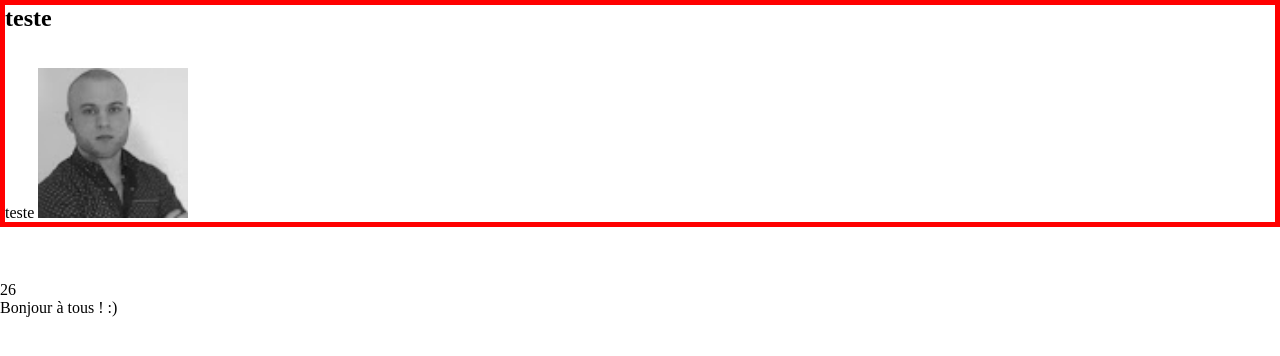
Repository: remi77130/forum
Page: http://localhost/path/profil.php?id=53
An editor plug-in stored every save of this project. The page is shown before and after the next save, followed by the edit.
The browser window is 1280 px wide. The pictures show the whole page.
The page is run by PHP 8.4 with error messages shown; the project is at /var/www/html/. The database holds what the project's SQL file puts in it.

Above is the page before, as saved 2022-06-27 22:08:52.

### profil.php

<?php
	session_start();
   include_once('cookieconnect.php');
   include('includes/head.php');


  $bdd = new PDO('mysql:host=127.0.0.1;dbname=forum', 'root', '');

  if(isset($_GET['id']) AND $_GET['id'] > 0) {
   $getid = intval($_GET['id']);
   $requser = $bdd->prepare('SELECT * FROM membres WHERE id = ?');
   $requser->execute(array($getid));
   $userinfo = $requser->fetch();
?>


<html>
   <head>
      <title>Profil</title>
   </head>
   <body>










      <div style="border: 5px solid red;">
         <h2><?php echo $userinfo['pseudo']; ?></h2>
         <br /><br />


         <?php                           // AFFICHAGE DE LA PHOTO

echo $userinfo['pseudo'];
         {
         ?>
         <img src="membres\avatars/<?php echo $userinfo['avatar']; ?>" alt="photo_profil" width="150">
         <?php

         }
         ?>

</div><br>
         <br />
        <?php echo $userinfo['sexe']; ?> <br>
        <?php echo $userinfo['age']; ?> <br>


        <?php echo $userinfo['description_profil']; ?>




         <br />
         <?php
         if(isset($_SESSION['id']) AND $userinfo['id'] == $_SESSION['id']) {
         ?>

         </div>
         <br />
         <a href="editProfil.php">Editer mon profil</a>
         <a href="reception.php">Mes messages</a>

         <a href="deconnexion.php">Se déconnecter</a>
         <?php
         }
         ?>
      </div>
   </body>
</html>
<?php
}
?>

### cookieconnect.php
<?php

if(!isset($_SESSION['id']) AND isset($_COKIE['email'],$_COKIE['password'])
AND !empty($_COKIE['email']) AND !empty($_COKIE['password'])){

    $reqUser = $bdd->prepare("SELECT * FROM membres WHERE mail = ? AND mdp = ?");
      $reqUser->execute(array($_COKIE['email'], $_COKIE['password']));
      $userExist = $reqUser->rowCount();
      if($userExist == 1)
      {

         $userInfo = $reqUser->fetch();
         $_SESSION['id'] = $userInfo['id'];
         $_SESSION['pseudo'] = $userInfo['pseudo'];
         $_SESSION['mail'] = $userInfo['mail'];
      }

}

?>

### includes/head.php
<head>
    <meta charset="UTF-8">

    <link rel="stylesheet" href="assets/style.css">
    <meta http-equiv="X-UA-Compatible" content="IE=edge">
    <meta name="viewport" content="width=device-width, initial-scale=1.0">

    <title>Forum</title>
</head>

### assets/style.css
*{
padding: 0;
margin: 0;
}



/*

/////////////////////////// FEUILLE signup ////////////////// FEUILLE signup //////////

*/

body{


}

header{

    background-color: rgb(47, 47, 47);    width: 100%;
    height: auto;
    display: flex;
    justify-content: space-around;
    align-items: center;
    border: 3px solid red;

}

header button{

    margin: 5px;
}

header a {

    font-weight: bold;
    text-decoration: none;
    border: 0.5px solid rgba(245, 222, 179, 0.299);
    padding: 15px 25px ;
    border-radius: 20px;
    color: aliceblue;
}

footer{

    background-color: rgb(47, 47, 47);
    width: 100%;
    height: 5%;

}

.section_signup{
    width: 100%;
    height: 100%;

    background-image: url(../img/cross.jpg);

    background-size: cover;
    background-repeat: no-repeat;
    background-attachment: fixed;
    background-position: center;
    display: flex;
    flex-wrap: wrap;
    justify-content: space-around;
    align-items: center;

}


.title_section_signup{

background-color: rgba(240, 248, 255, 0.445) ;
backdrop-filter: blur(0.5px);
border-radius: 10px;

}

.title_section_signup h2{

    color: rgb(24, 24, 24);
    font-family: Georgia, 'Times New Roman', Times, serif;
    padding: 5px;
    font-weight: bold;

}

.form_signup{

    width: 300px;
    box-shadow: 5px 10px 20px rgba(58, 58, 58, 0.091);
    border-radius: 20px;
    border: 0.5px solid rgba(245, 222, 179, 0.299);
    color:white;
    font-weight: 600;
    text-align: center;
    padding:5px;


    background-color: rgba(240, 248, 255, 0.445) ;
backdrop-filter: blur(0.5px);
border-radius: 10px;

}

.form{

    border: 5px solid rgb(72, 72, 72);

}



.form_signup input{

    width: auto;
}

.login_signup{

    color: aliceblue;
    text-decoration: none;
}

.span_login_signup{

    color: rgb(0, 215, 65);
    font-weight: bold;
    font-size: 1.1em;

}


.mb-3{

    margin: 10px;
}

@media screen and (max-width: 400px) {
    .mb-3 input {
      width: 120px;
    }
  }




/*

/////////////////////////// FEUILLE editProfil ////////////////// FEUILLE editProfil //////////

*/
  .textarea_edit_profil{

    border-radius: 5px;
    border: none;
    box-shadow: 5px 3px 10px rgba(90, 90, 90, 0.338);


  }

  .container_editprofil{

    border: 5px solid red;

  }

  .edit_profil_container{

    border: 5px solid black;
    width: 50%;
  }





/*

/////////////////////////// FEUILLE profil ////////////////// FEUILLE profil //////////

*/

.section_profil{


  background-color: rgb(18, 21, 32);
  height: 100%;
  color: aliceblue;

}

  .container_profil{

    border-radius: 10px;
    box-shadow: 4px 3px 10px rgba(109, 109, 109, 0.139);
    width: 50%;
    border: 0.5px solid rgba(0, 0, 0, 0.272);
    padding: 15px 5px;
    cursor: pointer;
    text-align: center;

  }

  .container_profil img{

    width: 200px;
    height: 200px;
    border-radius: 190px;
    border: 0.5px solid rgb(130, 130, 130);
    box-shadow: 2px 2px 8px rgb(141, 141, 141);
  }

  .container_profil img:hover{

    box-shadow: 1px 1px 5px rgb(129, 129, 128);
  }

  .container_profil:hover{

    box-shadow: 1px 1px 1px rgba(179, 179, 179, 0.139);

  }

  .container_profil span{

text-decoration: none;
color: rgb(255, 255, 255);
background-color: rgb(18, 18, 18) ;
  }


  .profil-container{

border: 5px solid red;
text-align: center;
display: flex;
justify-content: center;
  }

.pseudo_profil{

  font-size: 1.2em;
  font-weight: bold;

}

### forum.sql (the tables this page reads)
CREATE TABLE `membres` (
  `id` int(11) NOT NULL,
  `pseudo` varchar(255) NOT NULL,
  `mail` varchar(255) NOT NULL,
  `avatar` varchar(255) NOT NULL,
  `mdp` text NOT NULL,
  `age` int(11) NOT NULL,
  `sexe` text NOT NULL,
  `description_profil` text NOT NULL,
  `astrologie` varchar(255) NOT NULL,
  `image_membre` varchar(255) NOT NULL,
  `confirmKey` varchar(255) NOT NULL,
  `confirme` int(1) NOT NULL
) ENGINE=InnoDB DEFAULT CHARSET=utf8mb4;

INSERT INTO `membres` (`id`, `pseudo`, `mail`, `avatar`, `mdp`, `age`, `sexe`, `description_profil`, `astrologie`, `image_membre`, `confirmKey`, `confirme`) VALUES
(53, 'teste ', 'cdnids@gmail.com', '53.jpg', '8cb2237d0679ca88db6464eac60da96345513964', 26, '', ' \r\n                \r\n                \r\n                Bonjour à tous ! :)\r\n                \r\n                         ', 'Bélier', '', '', 0),
(54, 'salim_32', 'fffzzzzfffff@gmail.com', '54.jpg', '8cb2237d0679ca88db6464eac60da96345513964', 32, '', ' Chance est le parcours de coaching personnalisé pour se réinventer professionnellement. En 12 semaines, 100% en ligne, nous vous accompagnons méthodiquement dans la définition et l’aboutissement d’un projet solide aligné avec vos envies et vos besoins.\r\n                 ', 'Bélier', '', '', 0),
(58, 'lalalab', '555555@gmail.com', '', '8cb2237d0679ca88db6464eac60da96345513964', 36, 'Homme', '', '', '', '', 0),
(59, 'Louise ', '55555445@gmail.com', '59.jpg', '8cb2237d0679ca88db6464eac60da96345513964', 26, 'Homme', ' \r\n               Noun Project features the most diverse collection of icons and stock photos ever. Download SVG and PNG. Browse over 3 million art-quality icons and photos.  ', 'Bélier', '', '', 0),
(82, 'patrcick', '155454@gmail.com', '', '8cb2237d0679ca88db6464eac60da96345513964', 89, 'Homme', '', '', '', '', 0),
(83, 'gilles94', 'lelle@gmail.com', '', '8cb2237d0679ca88db6464eac60da96345513964', 56, 'Homme', '', '', '', '', 0),
(90, 'bobetpat', 'bob@gmail.com', '', '8cb2237d0679ca88db6464eac60da96345513964', 23, 'Homme', ' \r\n                 ', 'Bélier', '', '', 0),
(91, 'patrick947748', 'patrick@gmail.com', '91.jpg', '8cb2237d0679ca88db6464eac60da96345513964', 26, 'Homme', ' \r\n                \r\n                \r\n              teste de description       ', 'Bélier', '', '', 0),
(92, 'patrick', 'patrick02@gmail.com', '', '8cb2237d0679ca88db6464eac60da96345513964', 26, 'Homme', '', '', '', '', 0),
(93, 'nico', 'niconico@gmail.com', '', '8cb2237d0679ca88db6464eac60da96345513964', 56, 'Homme', '', '', '', '', 0),
(94, 'gerome77', 'gege@gmail.com', '', '8cb2237d0679ca88db6464eac60da96345513964', 56, 'Homme', '', '', '', '', 0),
(95, 'gerome7755', 'aaaaaaaaaaa@gmail.com', '', '8cb2237d0679ca88db6464eac60da96345513964', 56, 'Homme', '', '', '', '', 0),
(96, 'gerodme7755', 'aaaaadaaaaaa@gmail.com', '', '8cb2237d0679ca88db6464eac60da96345513964', 56, 'Homme', '', '', '', '', 0),
(97, 'ssssssssssss', 'ssssssssss@gmail.com', '', '8cb2237d0679ca88db6464eac60da96345513964', 22, 'Homme', '', '', '', '', 0),
(98, 'lulu', 'lulu@gmail.com', '', '8cb2237d0679ca88db6464eac60da96345513964', 89, 'Homme', '', '', '', '', 0),
(99, 'dddddddd', '56666@gmail.com', '', '8cb2237d0679ca88db6464eac60da96345513964', 26, 'Homme', '', '', '', '', 0),
(100, 'adolphe', 'adolphe@gmail.com', '', '8cb2237d0679ca88db6464eac60da96345513964', 56, 'Homme', '', '', '', '', 0),
(101, 'thomas88', 'tomas@gmail.com', '', '8cb2237d0679ca88db6464eac60da96345513964', 55, 'Homme', '', '', '', '', 0),
(102, 'zzzzzzzzzzz', 'liam@gmail.com', '', '8cb2237d0679ca88db6464eac60da96345513964', 56, 'Homme', '', '', '', '', 0),
(103, 'liam', 'edwardo@gmail.com', '', '8cb2237d0679ca88db6464eac60da96345513964', 33, 'Homme', '', '', '', '', 0),
(104, 'nico', 'test@gmail.com', '', '8cb2237d0679ca88db6464eac60da96345513964', 56, 'Homme', '', '', '', '', 0),
(105, 'sandra', 'sandra@gmail.com', '', '8cb2237d0679ca88db6464eac60da96345513964', 32, 'Homme', '', '', '', '', 0),
(106, 'sandra02', '3232@gmail.com', '', '8cb2237d0679ca88db6464eac60da96345513964', 32, 'Homme', '', '', '', '', 0),
(107, 'sandra', 'ddddd@gmail.com', '', '8cb2237d0679ca88db6464eac60da96345513964', 32, 'Homme', '', '', '', '', 0),
(108, 'nico', 'nicooo@gmail.com', '', '8cb2237d0679ca88db6464eac60da96345513964', 56, 'Homme', '', '', '', '', 0),
(109, 'nico', '2626@gmail.com', '', '8cb2237d0679ca88db6464eac60da96345513964', 26, 'Homme', '', '', '', '', 0),
(110, 'dddddddd', 'paddtrick@gmail.com', '', '8cb2237d0679ca88db6464eac60da96345513964', 56, 'Homme', '', '', '', '', 0),
(111, 'remi_77148', '444444@gmail.com', '', '8cb2237d0679ca88db6464eac60da96345513964', 44, 'Homme', '', '', '', '', 0),
(112, 'eeee', 'eeeeeeeeeee@gmail.com', '', '8cb2237d0679ca88db6464eac60da96345513964', 26, 'Homme', '', '', '', '', 0),
(113, 'euro', 'aaaaaaa@gmail.com', '', '8cb2237d0679ca88db6464eac60da96345513964', 56, 'Homme', '', '', '', '', 0),
(114, 'ssss', 'sssss@gmail.com', '', '8cb2237d0679ca88db6464eac60da96345513964', 9, 'Homme', '', '', '', '', 0),
(115, 'ssss', 'ssqeer@gmail.com', '', '8cb2237d0679ca88db6464eac60da96345513964', 55, 'Homme', '', '', '', '', 0),
(116, 'eeeeeee', 'eeeeeeeeee@gmail.com', '', '8cb2237d0679ca88db6464eac60da96345513964', 23, 'Femme', '', '', '', '', 0);

ALTER TABLE `membres`
  ADD PRIMARY KEY (`id`);

ALTER TABLE `membres`
  MODIFY `id` int(11) NOT NULL AUTO_INCREMENT, AUTO_INCREMENT=117;

After the next save:
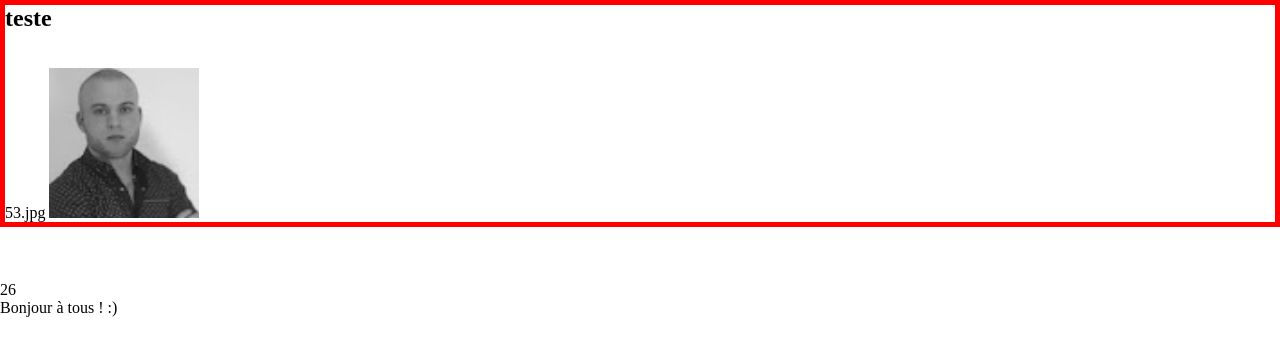
Saved 7 min 17 s later.
--- a/profil.php
+++ b/profil.php
@@ -37,7 +37,7 @@
 
          <?php                           // AFFICHAGE DE LA PHOTO
 
-echo $userinfo['pseudo'];
+echo $userinfo['avatar'];
          {
          ?>
          <img src="membres\avatars/<?php echo $userinfo['avatar']; ?>" alt="photo_profil" width="150">
